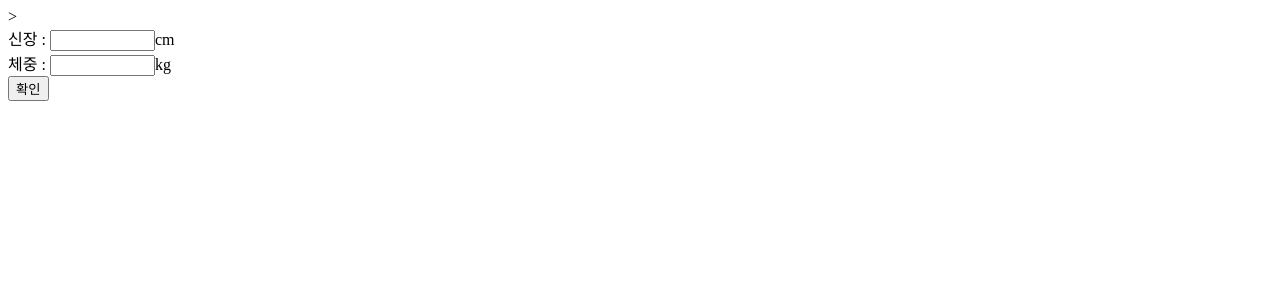
Repository: djdh94/jsp_practice
Page: http://localhost/JSPBasic/jspObject/1.requests/req_bmi.jsp
These files come from the project's save history. The page is drawn as it stood at one moment and after the next save; the edit follows.
The browser window is 1280 px wide. The pictures show the whole page.
The page is served by Tomcat 9.

Above is the page before, as saved 2022-02-04 00:58:36.

After the next save:
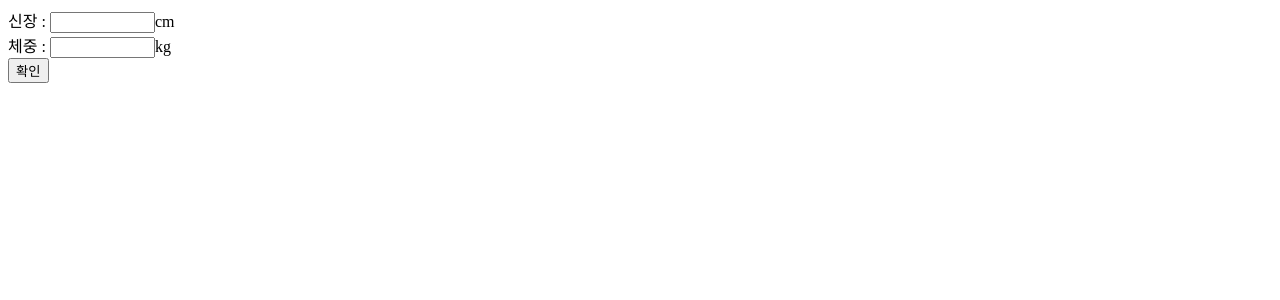
Saved 11 s later.
--- a/JSPBasic/src/main/webapp/jspObject/1.requests/req_bmi.jsp
+++ b/JSPBasic/src/main/webapp/jspObject/1.requests/req_bmi.jsp
@@ -16,7 +16,7 @@
 	2. form의 action=속성을 이용해 전달할 페이지 및 URL을 지정 할수있음
 	3. input 태그에 name 속성으로 요청 자료를 부를 명칭을 정할 수 있음
 	4. submit 버튼을 사용하면 action=에 지정한 페이지로 자료가 전송
-	req_bmi.jsp ==> req_bmi_result.jsp로 전송되게 하기--%>>
+	req_bmi.jsp ==> req_bmi_result.jsp로 전송되게 하기--%>
 
 
 	<form action="req_bmi_result.jsp" method="post">
